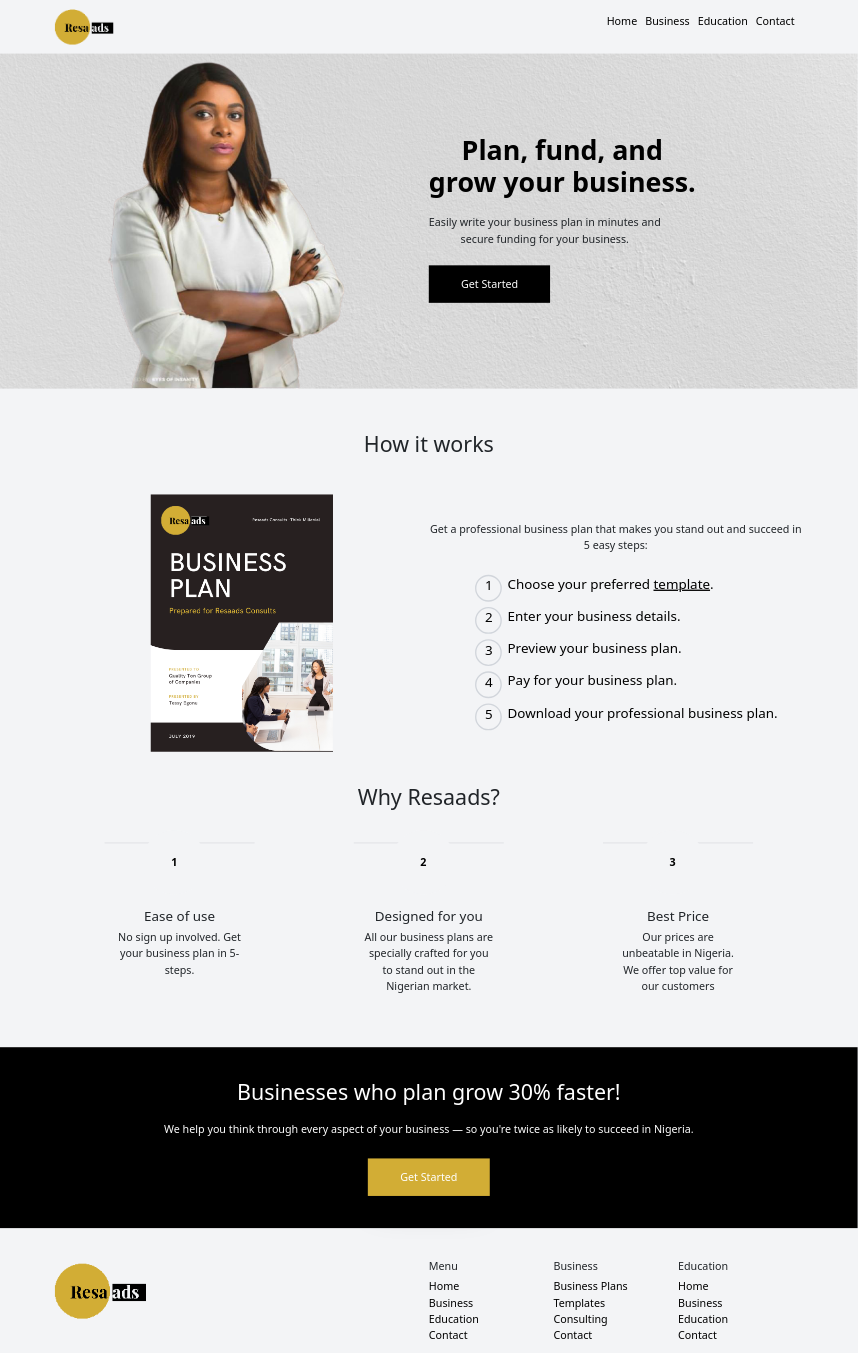
Repository: latenightsnacc/resaads-consults
Page: index.html
These files come from the project's save history. The page is drawn as it stood at one moment and after the next save; the edit follows.
The browser window is 1280 px wide. The pictures show the whole page, at 67% of full size.
Some web libraries are served in a nearby version.

Above is the page before, as saved 2021-08-05 13:57:31.

After the next save:
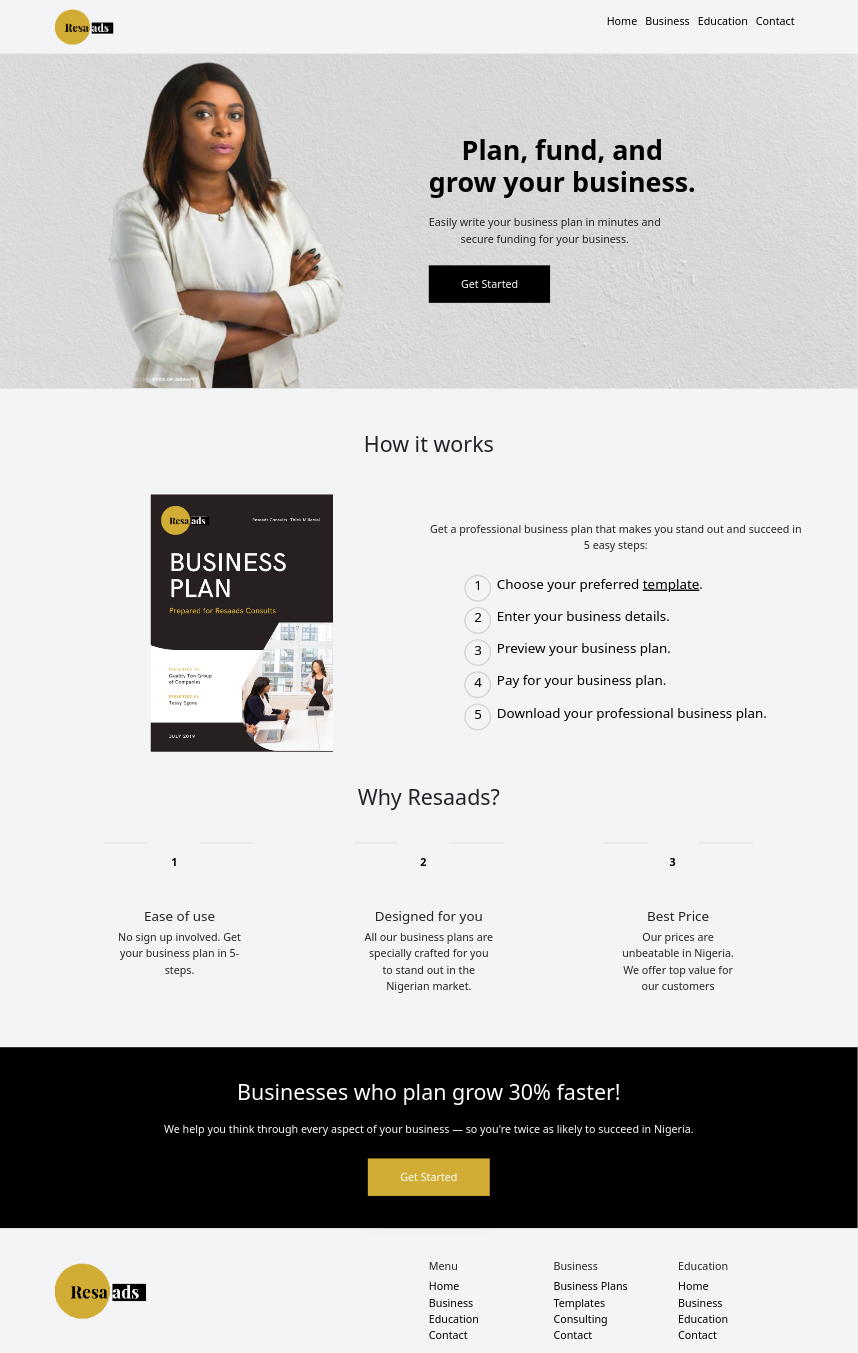
Saved 104 s later.
--- a/index.html
+++ b/index.html
@@ -93,7 +93,7 @@
                     <div class="w-full md:w-1/2 ">
                         <div class="flex h-full flex-col items-center justify-center">
                             <p class="text-center md:text-left my-4 md:my-2">Get a professional business plan that makes you stand out and succeed in 5 easy steps:</p>
-                            <ol class="text-normal  my-2 md:text-xl md:my-1">
+                            <ol class="text-normal md:pl-0  my-2 md:text-xl md:my-1">
                                 <li class="mb-2 text-black flex flex-col items-center md:items-start md:flex-row group">
                                     <span class="d-block w-10 h-10 border-gray-300 border-2 rounded-full text-center pb-3 mr-2 group-hover:border-yellow-800">1</span><span>Choose your preferred <a href="#" class="text-black primary">template</a>.</span>
                                 </li>
